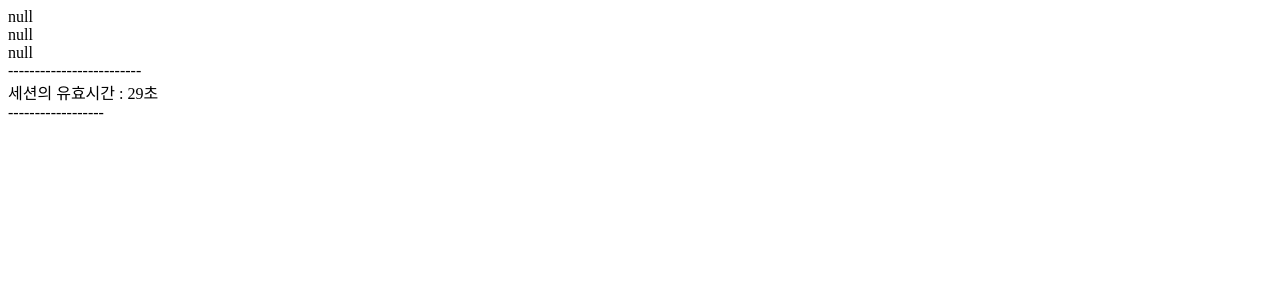
Repository: hanbeen03/javabasic
Page: http://localhost/JSPBasic/04-session/session_check.jsp
These files come from the project's save history. The page is drawn as it stood at one moment and after the next save; the edit follows.
The browser window is 1280 px wide. The pictures show the whole page.
The page is served by Tomcat 9.

Above is the page before, as saved 2021-08-03 02:04:26.

After the next save:
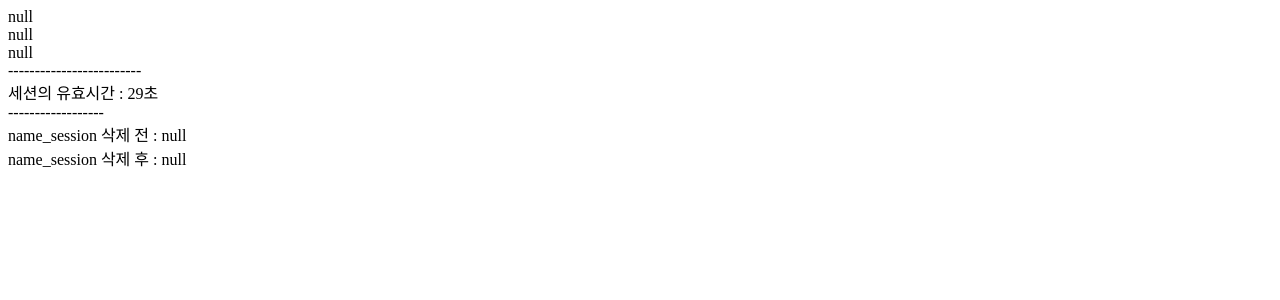
Saved 113 s later.
--- a/JSPBasic/WebContent/04-session/session_check.jsp
+++ b/JSPBasic/WebContent/04-session/session_check.jsp
@@ -31,6 +31,12 @@
 
 	// 특정 세션 데이터 삭제하기
 	userName = (String)session.getAttribute("name_session");
+	out.println("name_session 삭제 전 : " + userName + "<br/>");
+
+	//세션 내부의 name_session 삭제
+	session.removeAttribute("name_session");
+	userName = (String)session.getAttribute("name_session");
+	out.println("name_session 삭제 후 : " + userName + "<br/>");
 %>
 <!DOCTYPE html>
 <html>
